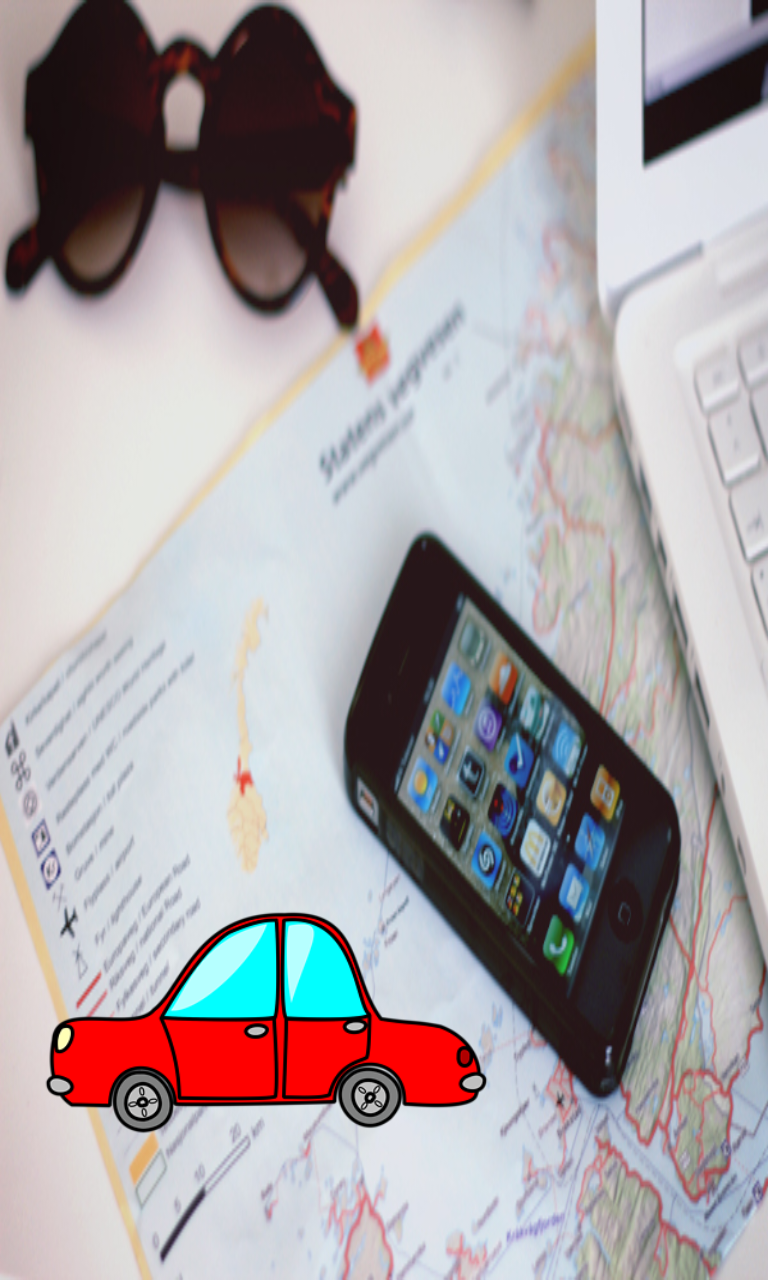
Repository: prernanain27/Android-Travel-Project
Layout: Itravel/res/layout/activity_itravel.xml
An editor plug-in stored every save of this project. The layout is shown before and after the next save, followed by the edit.
It is drawn on a 768 x 1280 px phone screen (xhdpi) without system bars, with theme AppTheme; the app's code is not run.

Above is the layout before, as saved 2013-09-20 19:07:25.

After the next save:
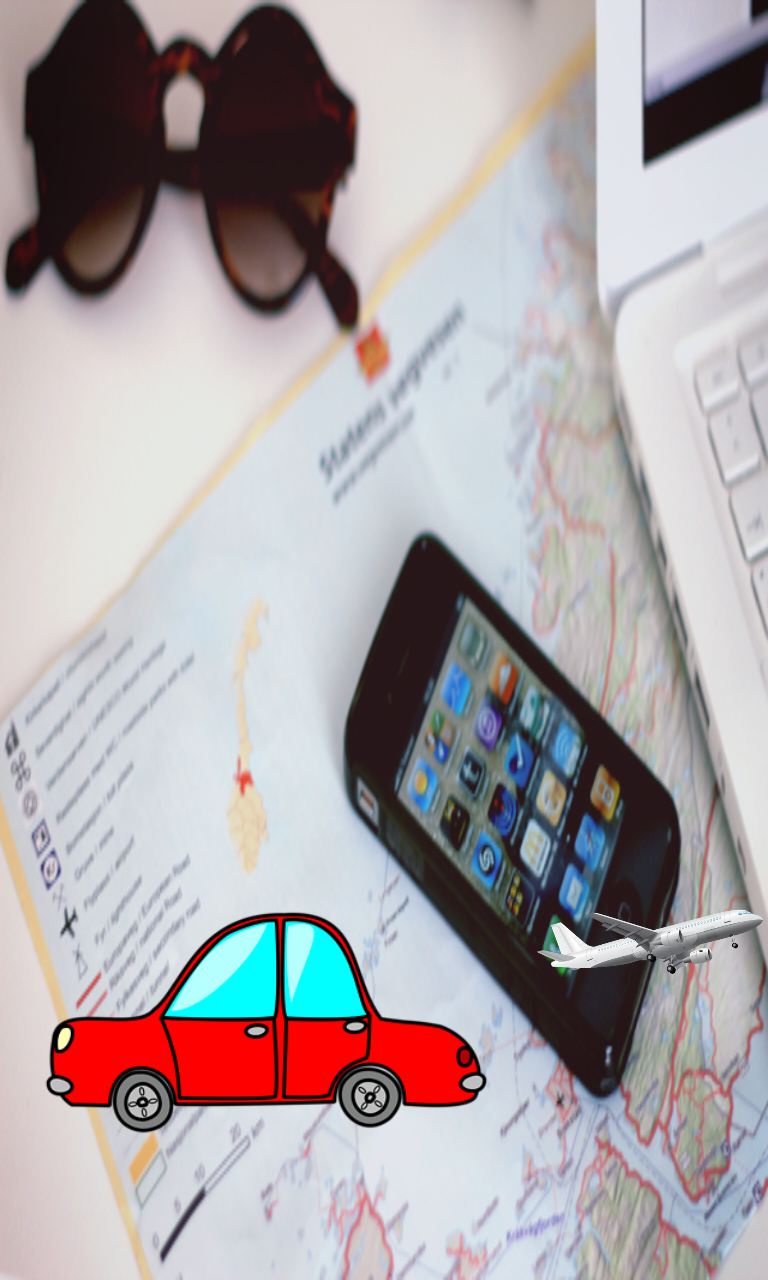
Saved 4 min 57 s later.
--- a/Itravel/res/layout/activity_itravel.xml
+++ b/Itravel/res/layout/activity_itravel.xml
@@ -13,4 +13,12 @@
     android:layout_marginTop="400dp"
     />
 
+    <ImageView
+    android:id="@+id/imageView1"
+    android:layout_width="wrap_content"
+    android:layout_height="wrap_content"
+    android:src="@drawable/plane"
+    android:layout_marginTop="380dp"
+    />
+
 </LinearLayout>
